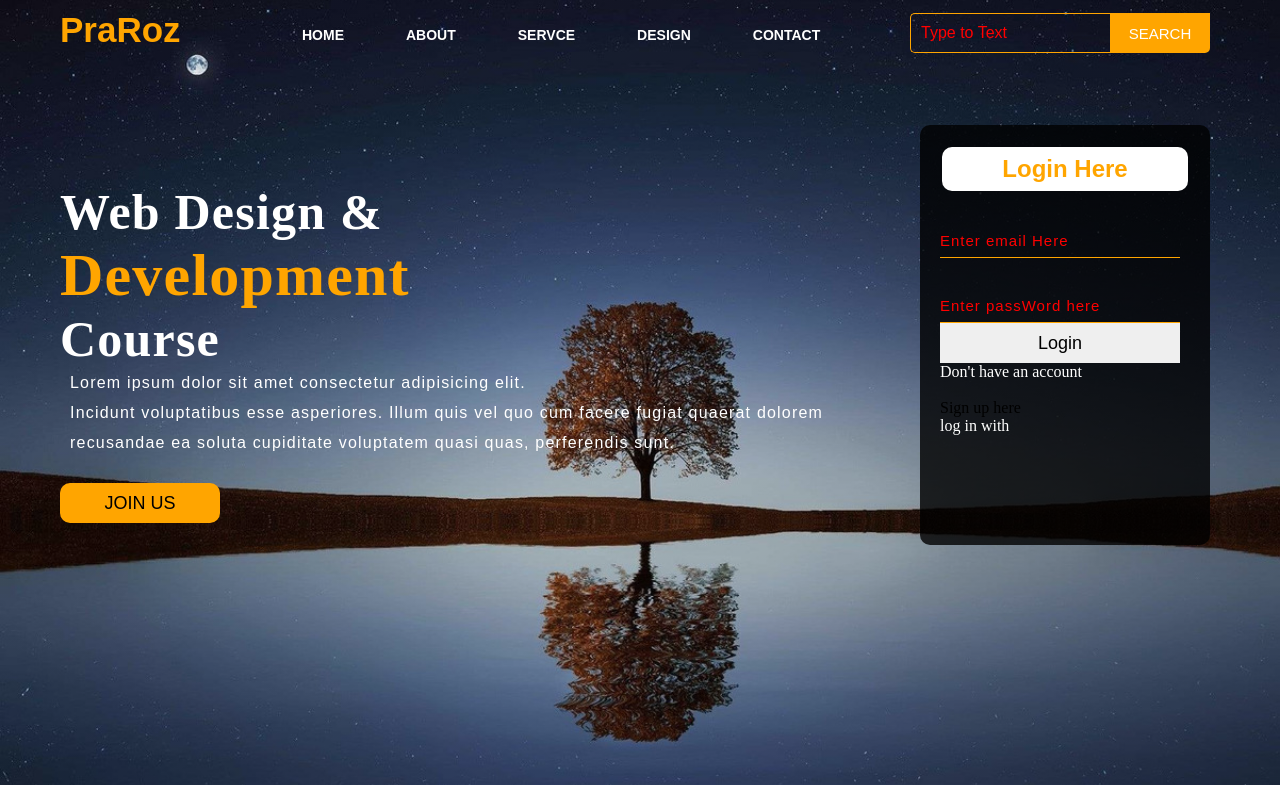
Repository: HuynhDuc23/project3
Page: index.html
The author's editor kept a copy of each file at every save. The page is drawn from the files as they stood at one save, then again after the next save.
The browser window is 1280 px wide. The pictures show the whole page.

Above is the page before, as saved 2023-05-04 15:55:52.

### index.html
<html lang="en">
<head>
    <meta charset="UTF-8">
    <meta http-equiv="X-UA-Compatible" content="IE=edge">
    <meta name="viewport" content="width=device-width, initial-scale=1.0">
    <link rel="stylesheet" href="https://cdnjs.cloudflare.com/ajax/libs/font-awesome/6.4.0/css/all.min.css" integrity="sha512-iecdLmaskl7CVkqkXNQ/ZH/XLlvWZOJyj7Yy7tcenmpD1ypASozpmT/E0iPtmFIB46ZmdtAc9eNBvH0H/ZpiBw==" crossorigin="anonymous" referrerpolicy="no-referrer" />
    <link rel="stylesheet" href="style.css">
    <title>Document</title>
</head>
<body>
    <div class="main">
        <div class="navbar">
            <div class="icon">
                <h2 class="logo">PraRoz</h2>
            </div>
            <div class="menu">
                <ul>
                    <li><a href="#">HOME</a> </li>
                    <li><a href="#">ABOUT</a></li>
                    <li><a href="#">SERVCE</a></li>
                    <li><a href="#">DESIGN</a></li>
                    <li><a href="#">CONTACT</a></li>
                </ul>
            </div>
            <div class="search">
                <input type="search" class="srch" placeholder="Type to Text">
                <a href="#"><button class="btn">Search</button></a>
            </div>
        </div>
        <div class="content">
            <h1>Web Design & <br> <span>Development</span><br>Course</h1>
            <p class="para">Lorem ipsum dolor sit amet consectetur adipisicing elit. <br> Incidunt voluptatibus esse asperiores. Illum quis vel quo cum facere fugiat quaerat dolorem <br> recusandae ea soluta cupiditate voluptatem quasi quas, perferendis sunt.</p>


            <button class="cn" ><a  href="#">JOIN US</a></button>
            <div class="form">
                <h2>Login Here</h2>
                <input type="email" name="email" placeholder="Enter email Here">
                <input type="password" name="password" placeholder="Enter passWord here">
                <button class="btnn"><a href="#">Login</a></button>

                <p class="link">Don't have an account </p> <br>
                <a href="#">Sign up here</a>
                <p class="liw">log in with</p>
            </div>
        </div>
    </div>
</body>
</html>

### style.css
* {
    margin: 0;
    padding: 0;
}
.main {
    width: 100%;
    background-image: linear-gradient(to right bottom , rgba(176, 55, 55, 0),rgba(0, 0, 0, 0.286)),url("img/Project3.png");
    background-position: center;
    background-size: cover;
    background-repeat: no-repeat;
    height: 109vh;
}
.navbar
{
    width: 1200px;
    height: 75px;
    margin: auto;
    /* overflow: hidden; */
}
.icon {
    width: 200px;
    float: left;
    height: 70px;

}
.logo {
    color: orange;
    font-size: 35px;
    font-family: Arial, Helvetica, sans-serif;
    padding-left: 20px;
    float: left;
    padding-top: 10px;
}
.menu {
    width: 400px;
    height: 70px;
    float: left;
}
ul {
    float: left;
    display: flex;
    justify-content: center;
    align-items: center;
}
ul li {
    list-style: none;
     margin-left: 62px;
     margin-top: 27px;
     font-size: 14px;
}
ul li a {
    text-decoration: none;
    color: white;
    text-transform: uppercase;
    font-family: Arial, Helvetica, sans-serif;
    transition: 0.5s ease-in-out;
    font-weight: bold;

}
ul li a:hover {
    color: orange;
}
.search {
    width: 330px;
    margin-left: 270px;
    float: left;
}
.srch {
    font-family: 'Times New Roman', Times, serif;
    width: 200px;
    height: 40px;
    background: transparent;
    border: 1px solid orange;
    margin-top: 13px;
    color: white;
    border-right: none;
    font-size: 16px;
    padding: 10px;
    float: left;
    border-bottom-left-radius: 5px;
    border-top-left-radius: 5px;
}
.btn {
    width: 100px;
    height: 40px;
    margin-top: 13px;
    color: white;
    background-color: orange;
    text-transform: uppercase;
    border: 2px solid orange;
    /* border-radius: 5px; */
    border-bottom-right-radius: 5px;

    font-size: 15px;
    float: left;
    cursor: pointer;

}
.btn:focus {
    outline: none;
}
.srch:focus {
    outline: none;
}
.content {
    width: 1200px;
    height: auto;
    margin: auto;
    color: white;
    position: relative;
}
.content .para {
    padding-left: 30px;
    padding-bottom: 25px;
    font-family: Arial, Helvetica, sans-serif;
    letter-spacing: 1.2px;
    line-height: 30px;
}
.content h1 {
    font-size: 50px;
    font-family: 'Times New Roman', Times, serif;
    padding-left: 20px;
    padding-top: 9%;
    letter-spacing: 1.2px;

}
.content .cn {

    width: 160px;
    height: 40px;
    background-color: orange;
    border: none;
    margin-bottom: 10px;
    margin-left: 20px;
    font-size: 18px;
    border-radius: 10px;
    transition: 0.5s ease;
    cursor: pointer;

}
.content a {
    text-decoration: none;
    color: black;
    transition: 0.4s ease;
}
.cn:hover {
    background-color: white;
}
.content span {
    color: orange;
    font-size: 60px;
    font-weight: bold;
}
.form {
    width: 250px;
    height: 380px;
    background: linear-gradient(to top , rgba(0,0,0,0.8)50% ,rgba(0,0,0,0.8)50% );
    position: absolute;
    top: 50px ;
    left: 880px;
    border-radius: 10px;
    padding: 20px;

}
.form h2 {
    padding: 8px;
    font-family: sans-serif;
    text-align: center;
    color: orange;
    background-color: white;
    border-radius: 10px;
    margin: 2px;

}
.form input {
    width: 240px;
    height: 35px;
    background: transparent;
    border-bottom: 1px solid orange;
    border-right: none;
    border-top: none;
    border-left: none;
    color: white;
    font-size: 15px;
    letter-spacing: 1px;
    margin-top: 30px;
    font-family: sans-serif;
}
.form input:focus {
    outline: none;
}
::placeholder {
    color: red;
    font-family: Arial, Helvetica, sans-serif;
}
.form .btnn {
    width: 240px;
    height: 40px;
    color: white;
    font-size: 18px;
    font-family: sans-serif;
    text-decoration: none;
    border: none;
}

After the next save:
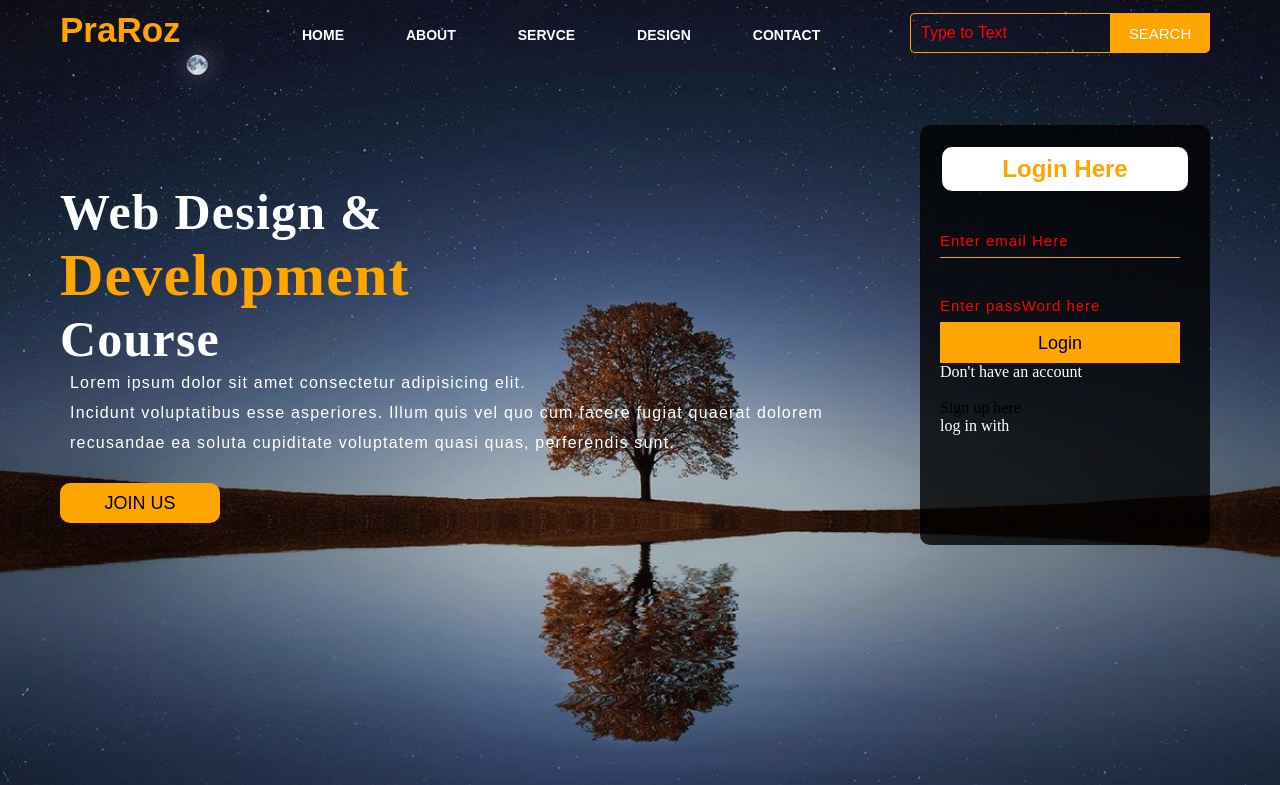
Saved 15 s later.
--- a/style.css
+++ b/style.css
@@ -201,4 +201,5 @@ ul li a:hover {
     font-family: sans-serif;
     text-decoration: none;
     border: none;
-}
+    background-color: orange;
+}
